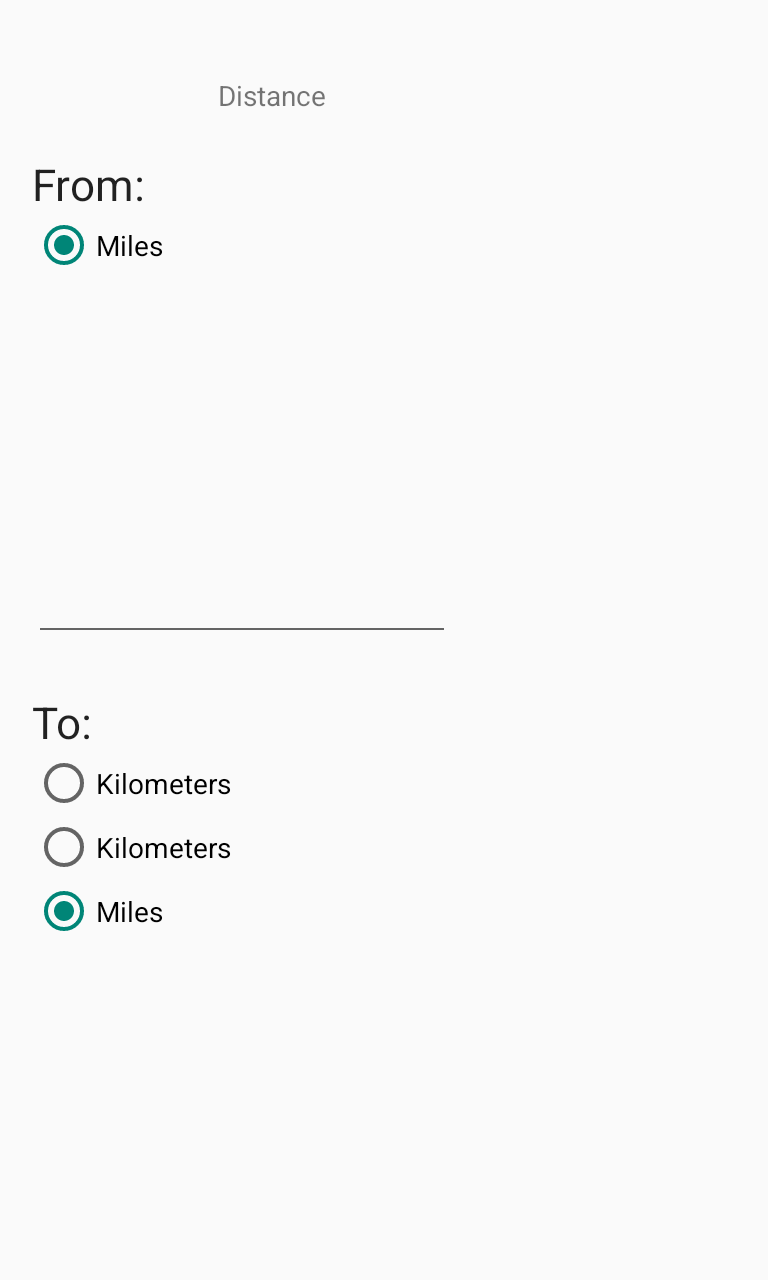
Repository: awayzo/6300Fall14Assignment4
Layout: UnitConvertor/res/layout/activity_main.xml
The author's editor kept a copy of each file at every save. The layout is drawn from the files as they stood at one save, then again after the next save.
It is drawn on a 768 x 1280 px phone screen (xhdpi) without system bars, with theme AppTheme; the app's code is not run.

Above is the layout before, as saved 2014-09-25 21:26:03.

After the next save:
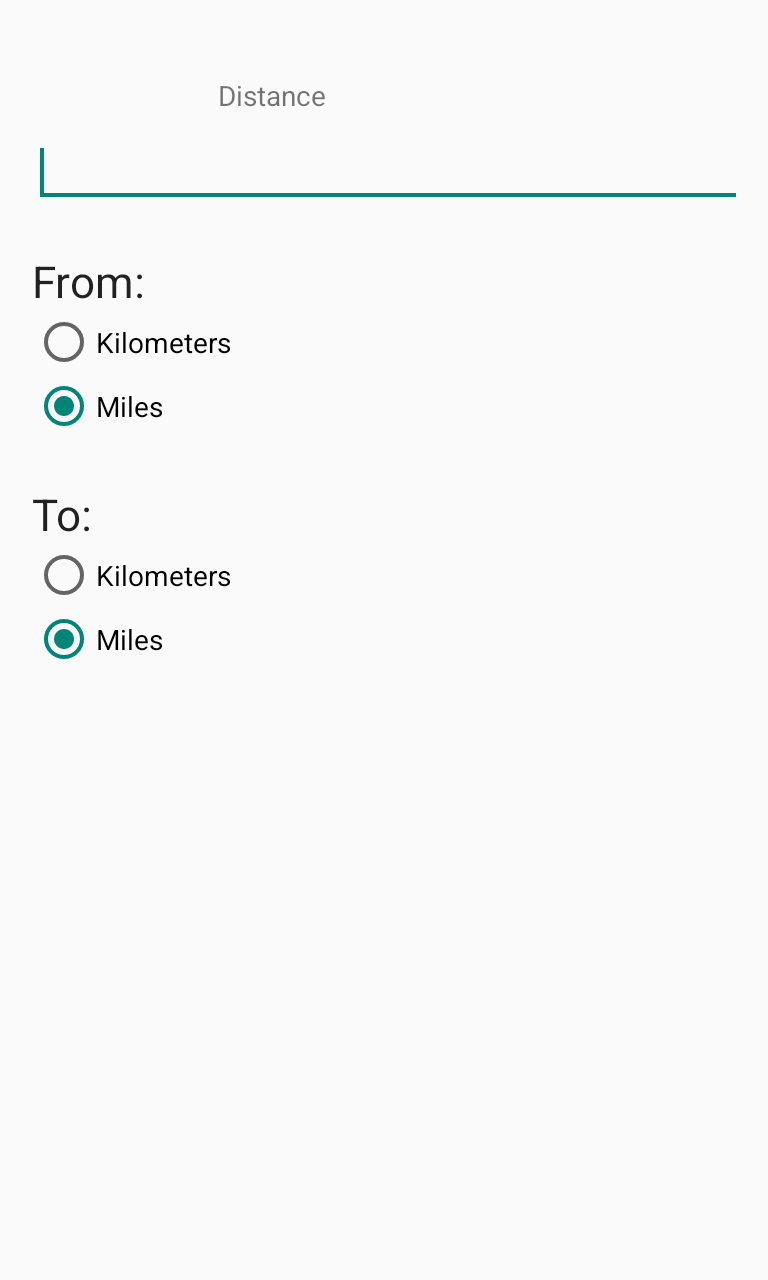
Saved 2 min 34 s later.
--- a/UnitConvertor/res/layout/activity_main.xml
+++ b/UnitConvertor/res/layout/activity_main.xml
@@ -11,12 +11,23 @@
 
     <TextView
         android:id="@+id/lblTitle"
-        android:layout_width="match_parent"
+        android:layout_width="103dp"
         android:layout_height="wrap_content"
-
+        android:layout_marginBottom="2dp"
         android:layout_marginLeft="93dp"
         android:layout_marginTop="22dp"
         android:text="@string/lblDistance" />
+
+    <EditText
+        android:id="@+id/txt1"
+        android:layout_width="356dp"
+        android:layout_height="wrap_content"
+        android:layout_marginTop="5dp"
+        android:ems="10"
+        android:inputType="numberDecimal" >
+
+        <requestFocus />
+    </EditText>
 
     <TextView
         android:id="@+id/textView1"
@@ -36,6 +47,13 @@
     </RadioGroup>
 
     <RadioButton
+        android:id="@+id/radioFromKm"
+        android:layout_width="wrap_content"
+        android:layout_height="wrap_content"
+        android:onClick="handleClick"
+        android:text="@string/km" />
+
+    <RadioButton
         android:id="@+id/radioFromMiles"
         android:layout_width="wrap_content"
         android:layout_height="wrap_content"
@@ -43,15 +61,6 @@
         android:checked="true"
         android:onClick="handleClick"
         android:text="@string/miles" />
-
-    <EditText
-        android:id="@+id/txt1"
-        android:layout_width="wrap_content"
-        android:layout_height="wrap_content"
-
-        android:layout_marginTop="143dp"
-        android:ems="10"
-        android:inputType="numberDecimal" />
 
     <TextView
         android:id="@+id/TextView01"
@@ -71,14 +80,6 @@
         android:text="@string/km" />
 
     <RadioButton
-        android:id="@+id/radioFromKm"
-        android:layout_width="wrap_content"
-        android:layout_height="wrap_content"
-
-        android:onClick="handleClick"
-        android:text="@string/km" />
-
-    <RadioButton
         android:id="@+id/radioToMiles"
         android:layout_width="wrap_content"
         android:layout_height="wrap_content"
